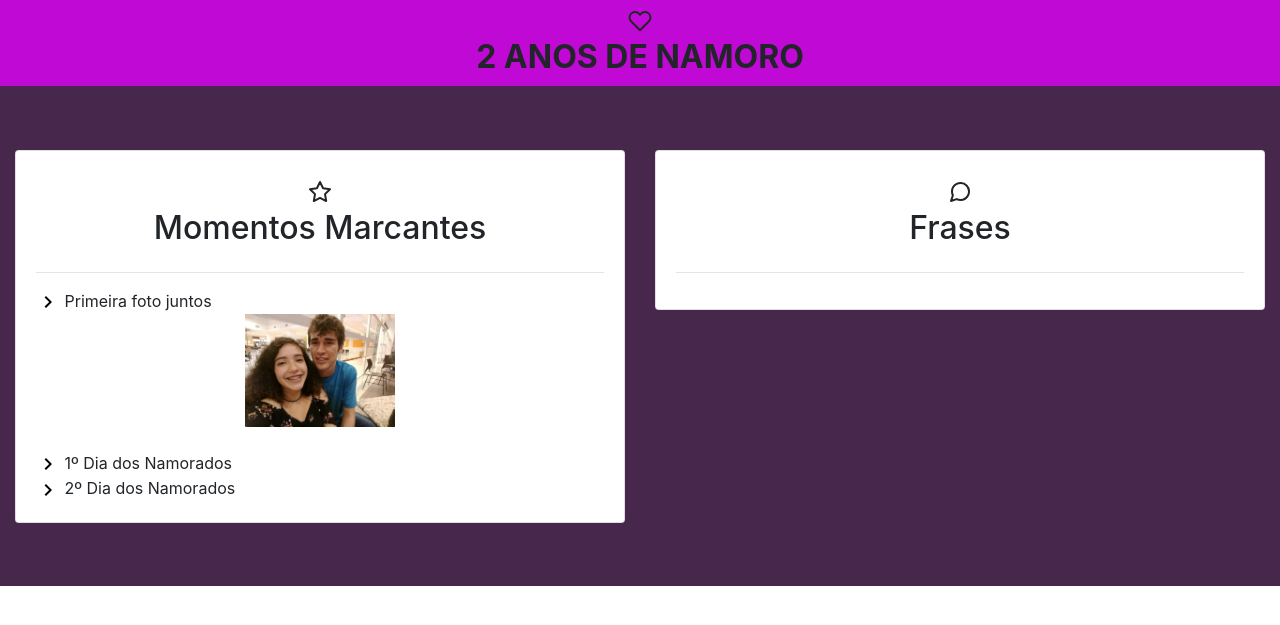
Repository: MeuAmor/meuamor.github.io
Page: index.html
An editor plug-in stored every save of this project. The page is shown before and after the next save, followed by the edit.
The browser window is 1280 px wide. The pictures show the whole page.

Above is the page before, as saved 2019-08-20 22:06:50.

After the next save:
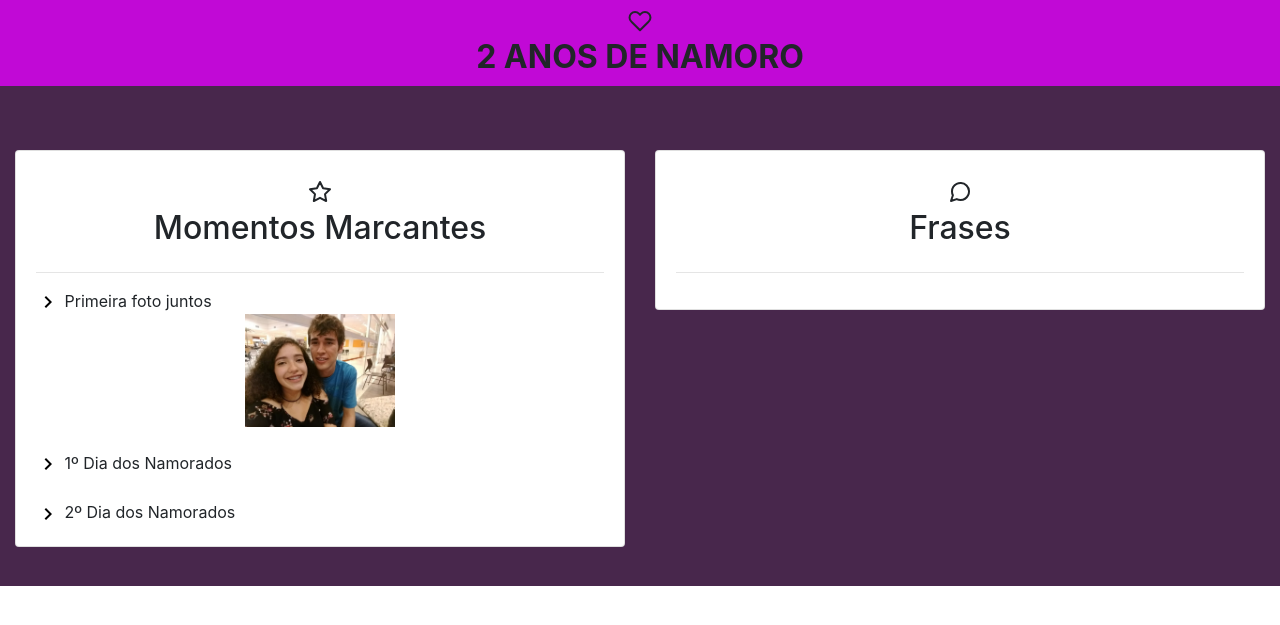
Saved 56 s later.
--- a/index.html
+++ b/index.html
@@ -96,7 +96,15 @@
                 <svg xmlns="http://www.w3.org/2000/svg" width="24" height="24" viewBox="0 0 24 24">
                     <path d="M8.59 16.59L13.17 12 8.59 7.41 10 6l6 6-6 6-1.41-1.41z"/>
                     <path fill="none" d="M0 0h24v24H0V0z"/>
-                </svg> 1º Dia dos Namorados<br>
+                </svg>
+                1º Dia dos Namorados<br>
+                <div class="text-center">
+
+
+                </div>
+                <br>
+
+
                 <svg xmlns="http://www.w3.org/2000/svg" width="24" height="24" viewBox="0 0 24 24">
                     <path d="M8.59 16.59L13.17 12 8.59 7.41 10 6l6 6-6 6-1.41-1.41z"/>
                     <path fill="none" d="M0 0h24v24H0V0z"/>
